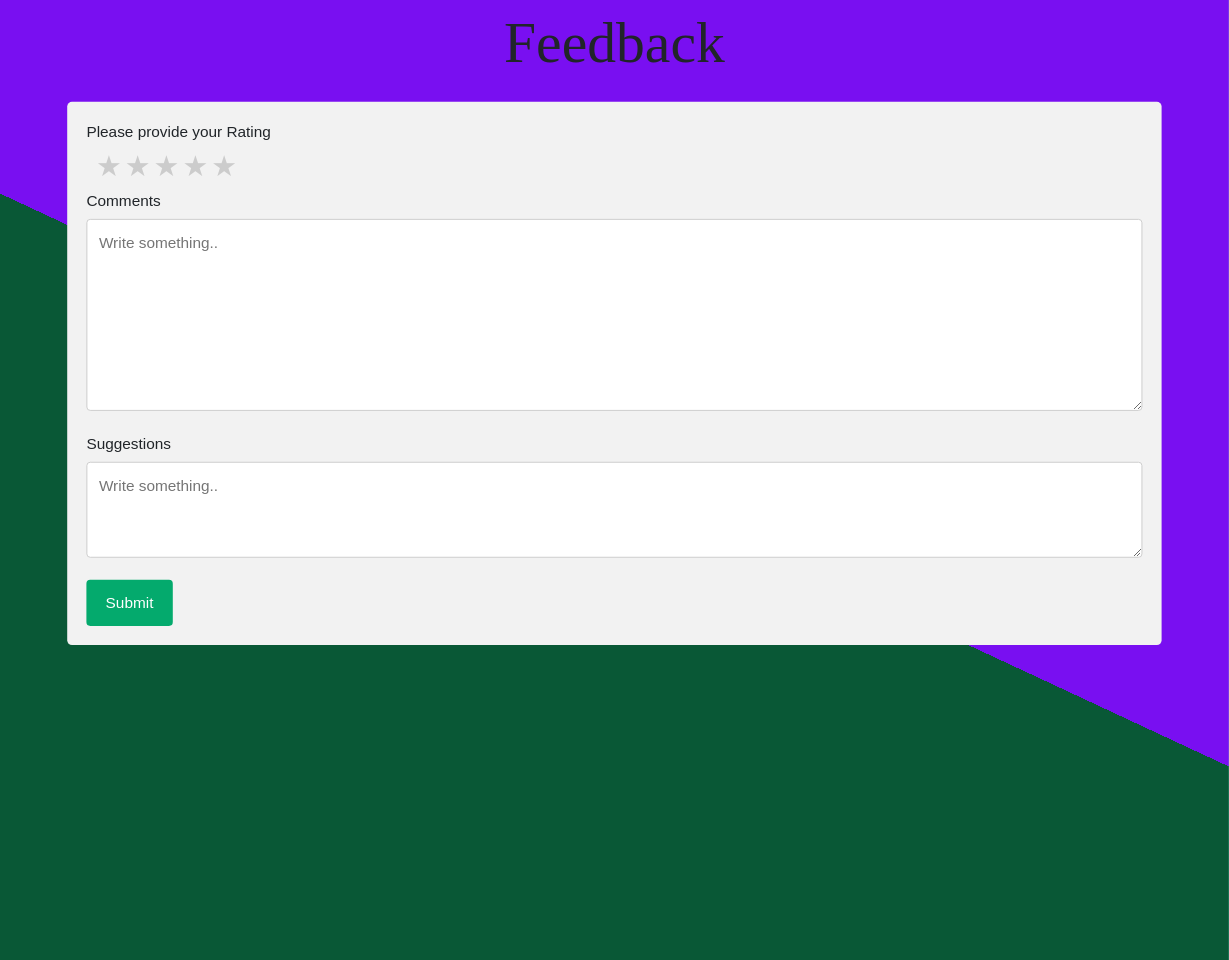
Repository: poornasyamasundar/Software-Project-Manager
Page: SoftwareManager/Templates/feedback.html
These files come from the project's save history. The page is drawn as it stood at one moment and after the next save; the edit follows.
The browser window is 1280 px wide. The pictures show the whole page, at 96% of full size.

Above is the page before, as saved 2021-10-23 21:33:31.

After the next save:
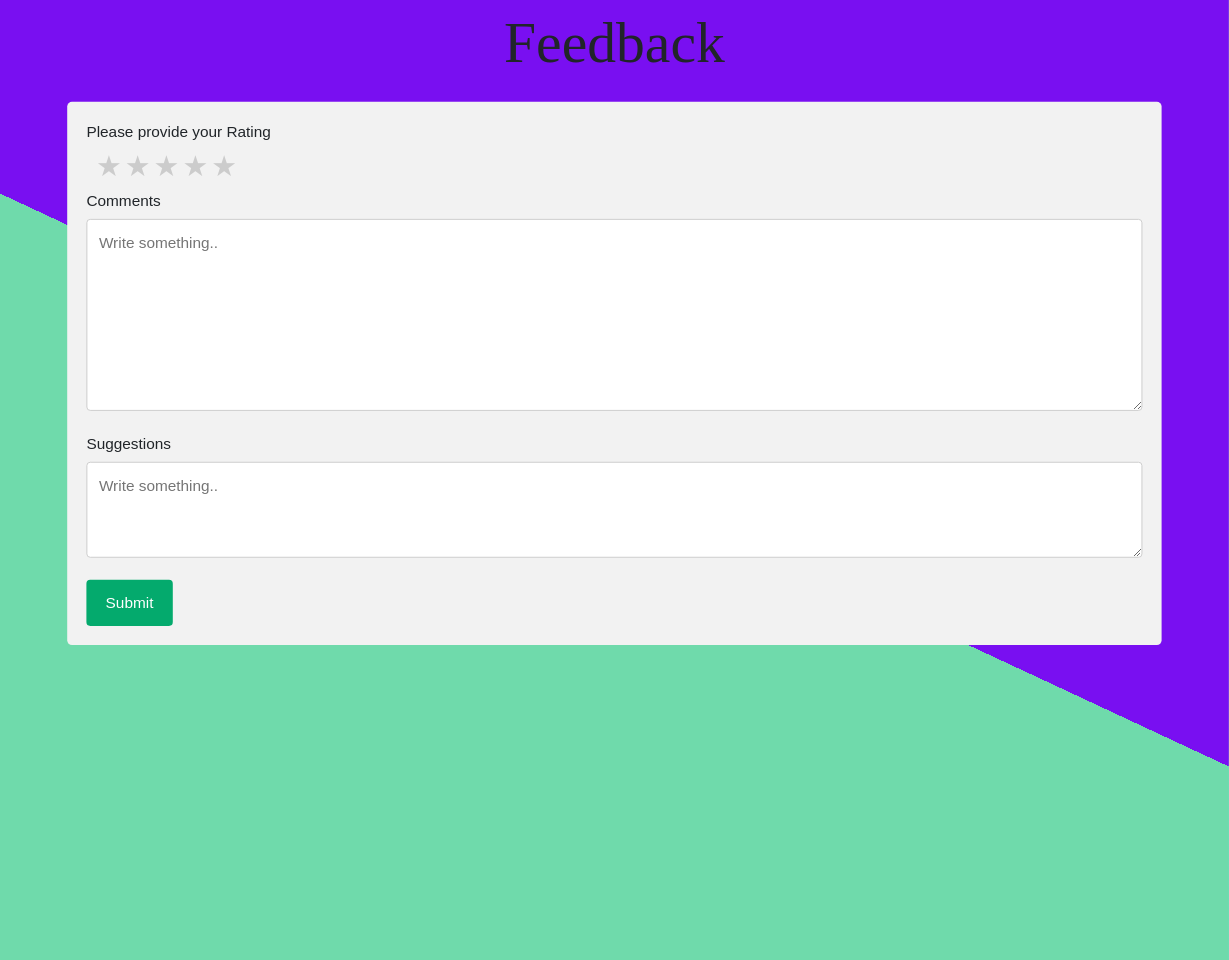
Saved 18 s later.
--- a/SoftwareManager/Templates/feedback.html
+++ b/SoftwareManager/Templates/feedback.html
@@ -9,7 +9,7 @@
         <style>
             body {font-family: Arial, Helvetica, sans-serif;
                 background-color: #4BDBC3;
-	background-image: -webkit-linear-gradient(65deg, #095836  50%,  #790ff1 50%); /*#4aeaf0 #f05151 #F8F7DE*/
+	background-image: -webkit-linear-gradient(65deg, #6fdaab  50%,  #790ff1 50%); /*#4aeaf0 #f05151 #F8F7DE*/
 	min-height: 1000px;
             }
             * {box-sizing: border-box;}
